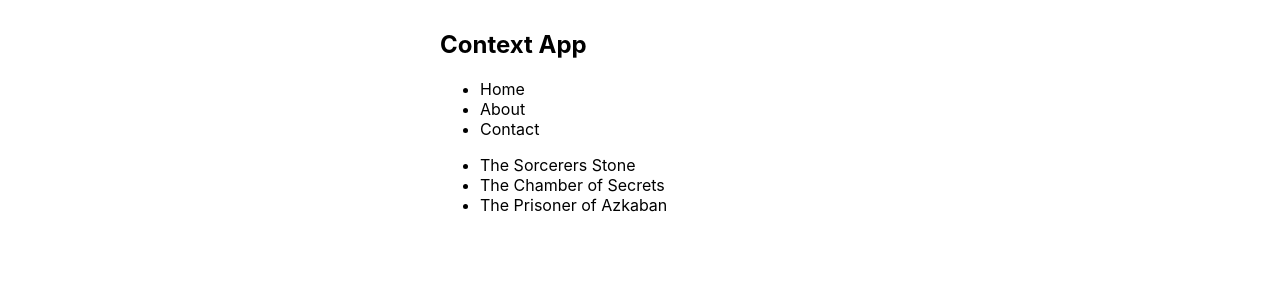
Repository: gboyega/Hook-Context-tut
Page: /
The author's editor kept a copy of each file at every save. The page is drawn from the files as they stood at one save, then again after a run of saves.
The browser window is 1280 px wide. The pictures show the whole page.
The project was rebuilt for these pictures with package versions that can differ from the ones it lists, and the page was loaded fresh each time.

Above is the page before, as saved 2020-01-18 14:41:00.

After the next 22 saves:
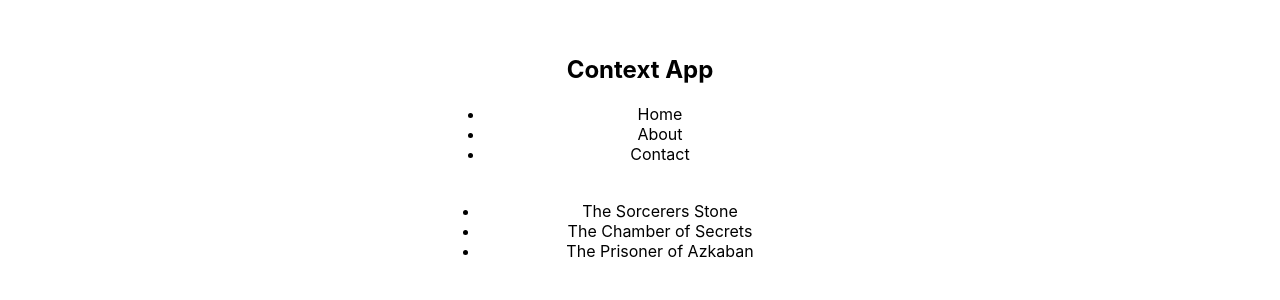
The 22 saves are shown as one change because they came seconds apart.
The last was saved 33 s later.
--- a/src/index.css
+++ b/src/index.css
@@ -10,4 +10,9 @@ body {
 .App {
   max-width : 400px;
   margin: 30px auto;
+  text-align: center;
 }
+
+nav{
+  padding: 5px
+}
